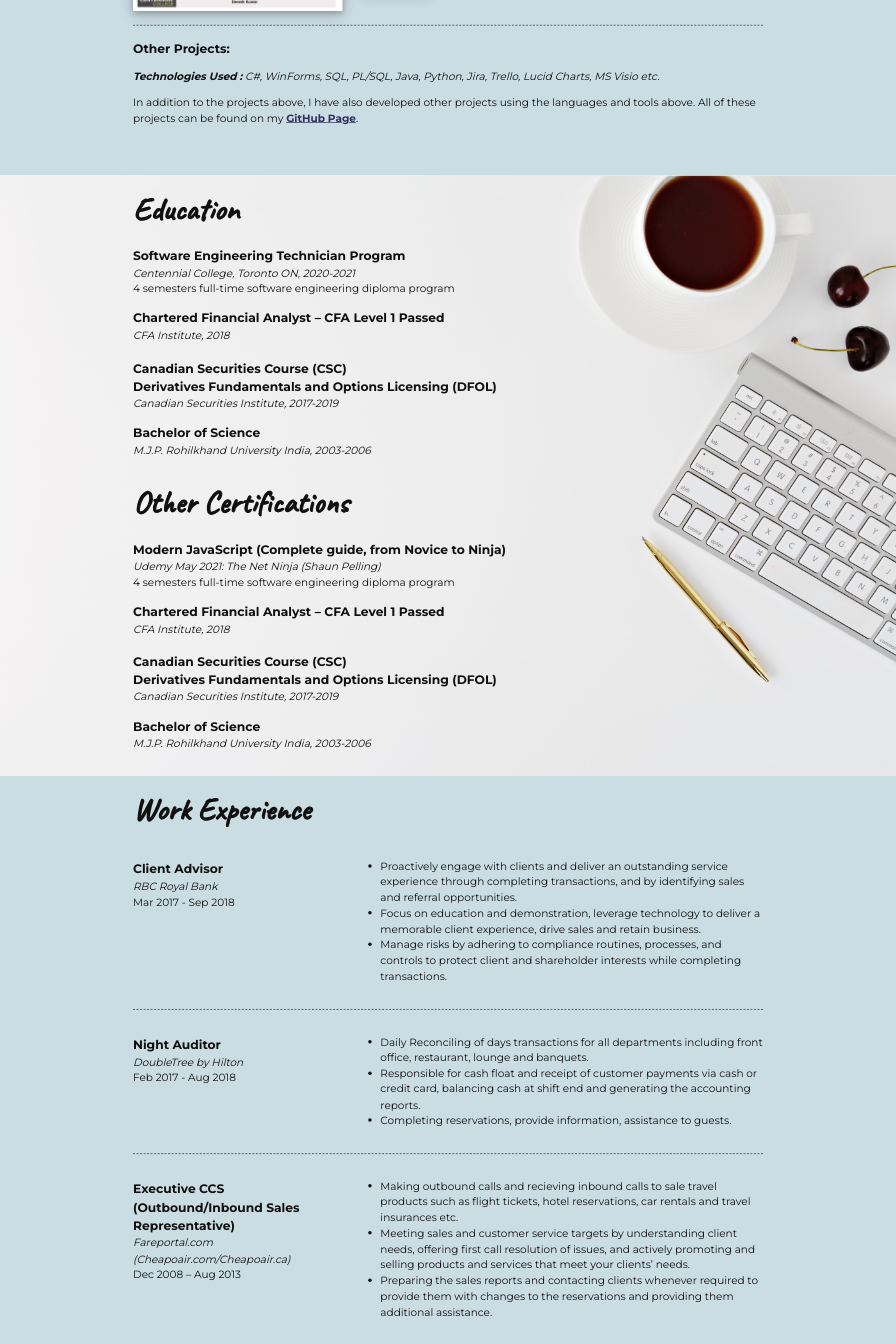
Repository: My-Web-Page/MyWebPage
Page: index.html
An editor plug-in stored every save of this project. The page is shown before and after the next save, followed by the edit.
The browser window is 1280 px wide. The pictures show the part of the page from y = 3082 to 5002 px (the page is 5215 px tall before and 5192 px after), at 70% of full size.
Some web libraries are served in a nearby version.

Above is the page before, as saved 2021-09-06 23:46:44.

### index.html
<!DOCTYPE html>
<html lang="en">

<head>
    <meta charset="UTF-8">
    <meta name="viewport" content="width=device-width, initial-scale=1.0">
    <link href="./assets/images/favicon.ico" rel="icon" type="image/x-icon" />

    <title> Devesh Kumar : Full-Stack Developer</title>
    <link rel="preconnect" href="https://fonts.gstatic.com">
    <link href="https://fonts.googleapis.com/css2?family=Caveat&family=Montserrat:wght@400;700&display=swap" rel="stylesheet">
    <link rel="stylesheet" href="https://pro.fontawesome.com/releases/v5.10.0/css/all.css" integrity="sha384-AYmEC3Yw5cVb3ZcuHtOA93w35dYTsvhLPVnYs9eStHfGJvOvKxVfELGroGkvsg+p" crossorigin="anonymous" />

    <link rel="stylesheet" href="style.css">
</head>

<body>
    <main>
        <!-- ***********************  ABOUT / PROFILE  *********************** -->
        <header>
            <div class="container">
                <h1>Devesh Kumar</h1>
                <h2>Software Developer</h2>
            </div>
        </header>

        <nav id="navbar">
            <ul class="nav-ul">
                <li>
                    <a href="#about-me"><i class="fas fa-info-circle"></i>About Me</a>
                </li>
                <li>
                    <a href="#projects"><i class="fab fa-elementor"></i>Projects</a>
                </li>
                <li>
                    <a href="#education"><i class="fas fa-graduation-cap"></i>Education</a>
                </li>
                <li>
                    <a href="#work-experience"><i class="fas fa-briefcase"></i>Work Experience</a>
                </li>
                <li>
                    <a href="#contact"><i class="fas fa-mobile-alt"></i>Contact Me</a>
                </li>
            </ul>
        </nav>

        <!-- *********************About Me***********************  -->
        <section id="about-me">
            <div class="container">
                <h2>About Me</h2>
                <p>Hello & Welcome! I have recently completed Software Engineering Technician program at Centennial College. This program allowed me to learn and work with various programming languages and tools. Given below are the details: </p>
                <div class="grid-container">
                    <div class="grid-item">
                        <h3>Languages & tools I primarily work with:</h3>
                        <h4> HTML, CSS (Flexbox, Grid), Bootstrap, JavaScript, React.js (Hooks & Class based components), Redux, Node.js (Express.js), JSON, REST API, NPM, C#, MongoDB, Oracle SQL, Git, Postman, VS Code, Visual Studio
                            </p>
                    </div>

                    <div class="grid-item">
                        <h3>Languages & tools I am familiar with:</h3>
                        <h4>Linux, TypeScript, Python, Java, SemanticUI, Selenium, MS Azure, Jira, Trello, IntelliJ, UML, Data Structures, SDLC, OOP, Agile, Heroku, Netlify
                            </p>
                    </div>
                </div>
                <p>I have also developed grasp over software engineering concepts such as Agile, SDLC models, Agile Project Management Concepts and Object Oriented Programming. I have also developed multiple projects using React.js, Redux, JavaScript, Node.js,
                    HTML, CSS, C#, SQL, MongoDB, Git and other tools. Additionally, I have also completed some investment management courses and certifications in the past.
                </p>

                <p><strong>Repository for this wabpage: </strong><a id="my-page-repo" target="_blank" href="https://github.com/portretrieve/MyWebPage">My Web Page</a></p>

            </div>
        </section>

        <!-- *********************Pop-Ups***********************  -->
        <section class="popup-wrapper" id="popup">
            <div class="container">
                <img id="popup-img" alt="finalproject popup">
            </div>
        </section>
        <!-- ********************  PROJECTS / PORTFOLIO  ********************* -->
        <section id="projects" class="projects">
            <div class="container divider">
                <h2>My Projects</h2>


                <!-- Project a -->
                <section class="project-item clearfix">
                    <img class="project-image" src="./assets/images/Places.png" alt="Full-Stack Places App">
                    <h3>Full-Stack Places App</h3>
                    <p> <strong>Technologies Used :</strong> MERN Stack (React, Node, Express & MongoDB)
                    </p>
                    <p>Used MERN Stack to develop this webapp. React.js for frontend, Express.Js for backend & MongoDB as Database & JWT tockens for authentication.
                    </p>
                    <a class="btn" href="https://devesh-mern-app.herokuapp.com/" target="_blank">Website Link</a>
                    <a class="btn" href="https://github.com/portretrieve/Full-stack-mern-forntend-backend-combined" target="_blank">GitHub Link</a>
                </section>
                <!-- Project b -->
                <section class="project-item clearfix">
                    <img class="project-image" src="./assets/images/deveshtube.png" alt="DeveshTube App">
                    <h3>DeveshTube App</h3>
                    <p> <strong>Technologies Used :</strong> React.js (Using Hooks)</p>
                    <p>Developed this webapp using React.js (Hooks).</p>
                    <a class="btn" href="https://blissful-pasteur-e62546.netlify.app/" target="_blank">Website Link</a>
                    <a class="btn" href="https://github.com/portretrieve/reactApp-DeveshTube-using-hooks" target="_blank">GitHub Link</a>
                </section>

                <!-- Project c -->
                <section class="project-item clearfix">
                    <img class="project-image" src="./assets/images/pics.png" alt="Pics Search App">
                    <h3>Pics Search App</h3>
                    <p> <strong>Technologies Used :</strong>React.js.</p>
                    <p>Developed this webapp using React.js
                    </p>
                    <a class="btn" href="https://eager-bassi-827826.netlify.app/" target="_blank">Website Link</a>
                    <a class="btn" href="https://github.com/portretrieve/reactApp-pics" target="_blank">GitHub Link</a>
                </section>

                <!-- Project 1 -->
                <section class="project-item clearfix">
                    <img class="project-image" src="./assets/images/assignment_2.png" alt="Portfolio Assignment Using Node.js, Bootstrap, EJS and MongoDB">
                    <h3>Personal Portfolio Website</h3>
                    <p> <strong>Technologies Used :</strong> EJS, CSS, Node.js and MongoDB.</p>
                    <p>Developed this website using above mentioned technologies. I used ExpressJs middleware, and passport.js for authentication.</p>
                    <a class="btn" href="https://comp229-asnmt2.herokuapp.com/home" target="_blank">Website Link</a>
                    <a class="btn" href="https://github.com/portretrieve/Assignment_2" target="_blank">GitHub Link</a>
                </section>

                <!-- Project 2 -->
                <section class="project-item clearfix">
                    <img class="project-image" src="./assets/images/final_project.png" alt="Final Project Using Node.js, Bootstrap, EJS and MongoDB">
                    <h3>Angel's Investment Website</h3>
                    <p> <strong>Technologies Used :</strong> EJS, CSS, Node.js and MongoDB.</p>
                    <p>Created this website as a group project using Node.js(Express.js), and Passport.js to authenticate.
                    </p>
                    <a class="btn" href="https://angelinvestfinal.herokuapp.com/" target="_blank">Website Link</a>
                    <a class="btn" href="https://github.com/Angel-Investor/AngelInvestor-Web-App" target="_blank">GitHub
                        Link</a>
                </section>

                <!-- Project 3 -->
                <section class="project-item clearfix">
                    <img class="project-image" src="./assets/images/slot-machine.png" alt="Casino slot machine game using HTML, CSS, JavaScript, TypeScript and EaselJS">
                    <h3>Slot Machine Game</h3>
                    <p> <strong>Technologies Used :</strong> HTML, CSS, JavaScript, TypeScript and EaselJS.</p>
                    <a class="btn" href="https://portretrieve.github.io/COMP125-Assignment-4-CreateJS-Slot-Machine/" target="_blank">Website Link</a>
                    <a class="btn" href="https://github.com/portretrieve/COMP125-Assignment-4-CreateJS-Slot-Machine" target="_blank">GitHub Link</a>
                </section>

                <!-- Project d -->
                <section class="project-item clearfix">
                    <img class="project-image" src="./assets/images/realEstate.png" alt="Real Estate Website">
                    <h3>Personal Portfolio Website</h3>
                    <p> <strong>Technologies Used :</strong> HTML, CSS</p>
                    <p>Developed this website using only HTML, CSS as one of my school assignments.</p>
                    <a class="btn" href="https://comp229-asnmt2.herokuapp.com/home" target="_blank">Website Link</a>
                    <a class="btn" href="https://github.com/portretrieve/Assignment_2" target="_blank">GitHub Link</a>
                </section>
                <!-- Project 4 -->
                <section class="project-item clearfix">
                    <img class="project-image" src="./assets/images/restaurant_app.png" alt="Restaurant app using C# WPF MVVM">
                    <h3>Restaurant POS system app</h3>
                    <p> <strong>Technologies Used :</strong> C#, WPF and XAML.</p>
                    <p>Created the restaurant P.O.S app using C# and WPF.</p>
                    <a class="btn" href="https://github.com/portretrieve/Restaurant_app" target="_blank">GitHub Link</a>
                </section>
                <section>
                    <h3>Other Projects: </h3>
                    <p> <strong>Technologies Used :</strong> C#, WinForms, SQL, PL/SQL, Java, Python, Jira, Trello, Lucid Charts, MS Visio etc. </p>
                    <p>In addition to the projects above, I have also developed other projects using the languages and tools above. All of these projects can be found on my <span><a
                                href="https://github.com/portretrieve" target="_blank">GitHub Page</a>.</span></p>
                </section>
            </div>
        </section>

        <!-- ******************  EDUCATION & CERTIFICATIONS ****************** -->
        <section id="education" class="education">
            <div class="container item-details">

                <h2>Education</h2>

                <section>
                    <h3>Software Engineering Technician Program</h3>
                    <p>Centennial College, Toronto ON, 2020-2021</p>
                    <p>4 semesters full-time software engineering diploma program </p>
                </section>
                <section>
                    <h3>Chartered Financial Analyst – CFA Level 1 Passed</h3>
                    <p>CFA Institute, 2018</p>
                </section>
                <br>
                <section class="csc">
                    <h3>Canadian Securities Course (CSC)</h3>
                    <h3>Derivatives Fundamentals and Options Licensing (DFOL)</h3>
                    <p>Canadian Securities Institute, 2017-2019 </p>
                </section>
                <section>
                    <h3>Bachelor of Science</h3>
                    <p>M.J.P. Rohilkhand University India, 2003-2006</p>
                </section>
            </div>
            <div class="container item-details">

                <h2>Other Certifications</h2>

                <section>
                    <h3>Modern JavaScript (Complete guide, from Novice to Ninja)</h3>
                    <p>Udemy May 2021: The Net Ninja (Shaun Pelling)</p>
                    <p>4 semesters full-time software engineering diploma program </p>
                </section>
                <section>
                    <h3>Chartered Financial Analyst – CFA Level 1 Passed</h3>
                    <p>CFA Institute, 2018</p>
                </section>
                <br>
                <section class="csc">
                    <h3>Canadian Securities Course (CSC)</h3>
                    <h3>Derivatives Fundamentals and Options Licensing (DFOL)</h3>
                    <p>Canadian Securities Institute, 2017-2019 </p>
                </section>
                <section>
                    <h3>Bachelor of Science</h3>
                    <p>M.J.P. Rohilkhand University India, 2003-2006</p>
                </section>
            </div>
        </section>

        <!-- ***********************  WORK EXPERIENCE  *********************** -->
        <section id="work-experience" class="work-experience">
            <div class="container item-details divider">
                <h2>Work Experience</h2>

                <!-- Job 1 -->
                <section class="job-item">
                    <div class="job-details">
                        <h3>Client Advisor</h3>
                        <p>RBC Royal Bank</p>
                        <p>Mar 2017 - Sep 2018</p>
                    </div>
                    <div class="job-summary">
                        <ul>
                            <li>Proactively engage with clients and deliver an outstanding service experience through completing transactions, and by identifying sales and referral opportunities.</li>
                            <li>Focus on education and demonstration, leverage technology to deliver a memorable client experience, drive sales and retain business.</li>
                            <li>Manage risks by adhering to compliance routines, processes, and controls to protect client and shareholder interests while completing transactions.</li>
                        </ul>

                    </div>
                </section>

                <!-- Job 2 -->
                <section class="job-item">

                    <div class="job-details">
                        <h3>Night Auditor</h3>
                        <p>DoubleTree by Hilton</p>
                        <p>Feb 2017 - Aug 2018</p>

                    </div>
                    <div class="job-summary">
                        <ul>
                            <li>Daily Reconciling of days transactions for all departments including front office, restaurant, lounge and banquets.</li>
                            <li>Responsible for cash float and receipt of customer payments via cash or credit card, balancing cash at shift end and generating the accounting reports.</li>
                            <li>Completing reservations, provide information, assistance to guests.</li>
                        </ul>
                    </div>

                </section>

                <!-- Job 3 -->
                <section class="job-item">
                    <div class="job-details">
                        <h3>Executive CCS (Outbound/Inbound Sales Representative)</h3>
                        <p>Fareportal.com (Cheapoair.com/Cheapoair.ca)</p>
                        <p>Dec 2008 – Aug 2013</p>
                    </div>
                    <div class="job-summary">
                        <ul>
                            <li>Making outbound calls and recieving inbound calls to sale travel products such as flight tickets, hotel reservations, car rentals and travel insurances etc.</li>
                            <li>Meeting sales and customer service targets by understanding client needs, offering first call resolution of issues, and actively promoting and selling products and services that meet your clients’ needs.</li>
                            <li>Preparing the sales reports and contacting clients whenever required to provide them with changes to the reservations and providing them additional assistance.</li>
                        </ul>
                    </div>
                </section>
                <a class="top-btn" href="#top">Page Top</a>

            </div>
        </section>


        <!-- *****************  CONTACT INFO / SOCIAL MEDIA  ***************** -->
        <footer>
            <div id="contact" class="container">
                <h2>Let's Stay in Touch!</h2>
                <!-- Social media and contact links. Add or remove any networks. -->
                <ul class="contact-list">
                    <li><a href="mailto:deveshkumar2107@hotmail.com"><i
                                class="fas fa-envelope"></i>&nbsp;deveshkumar2107@hotmail.com</a></li>
                    <li><a href="https://github.com/portretrieve" target="_blank"><i
                                class="fab fa-github"></i>&nbsp;GitHub</a></li>
                    <li><a href="https://www.linkedin.com/in/devesh-kumar-2aa03b64/" target="_blank"><i
                                class="fab fa-linkedin"></i>&nbsp;LinkedIn</a></li>
                </ul>
            </div>
        </footer>
    </main>
    <script src="./script.js"></script>
</body>

</html>

Loaded but not shown: script.js (18 lines, source omitted); style.css (418 lines, source omitted)

After the next save:
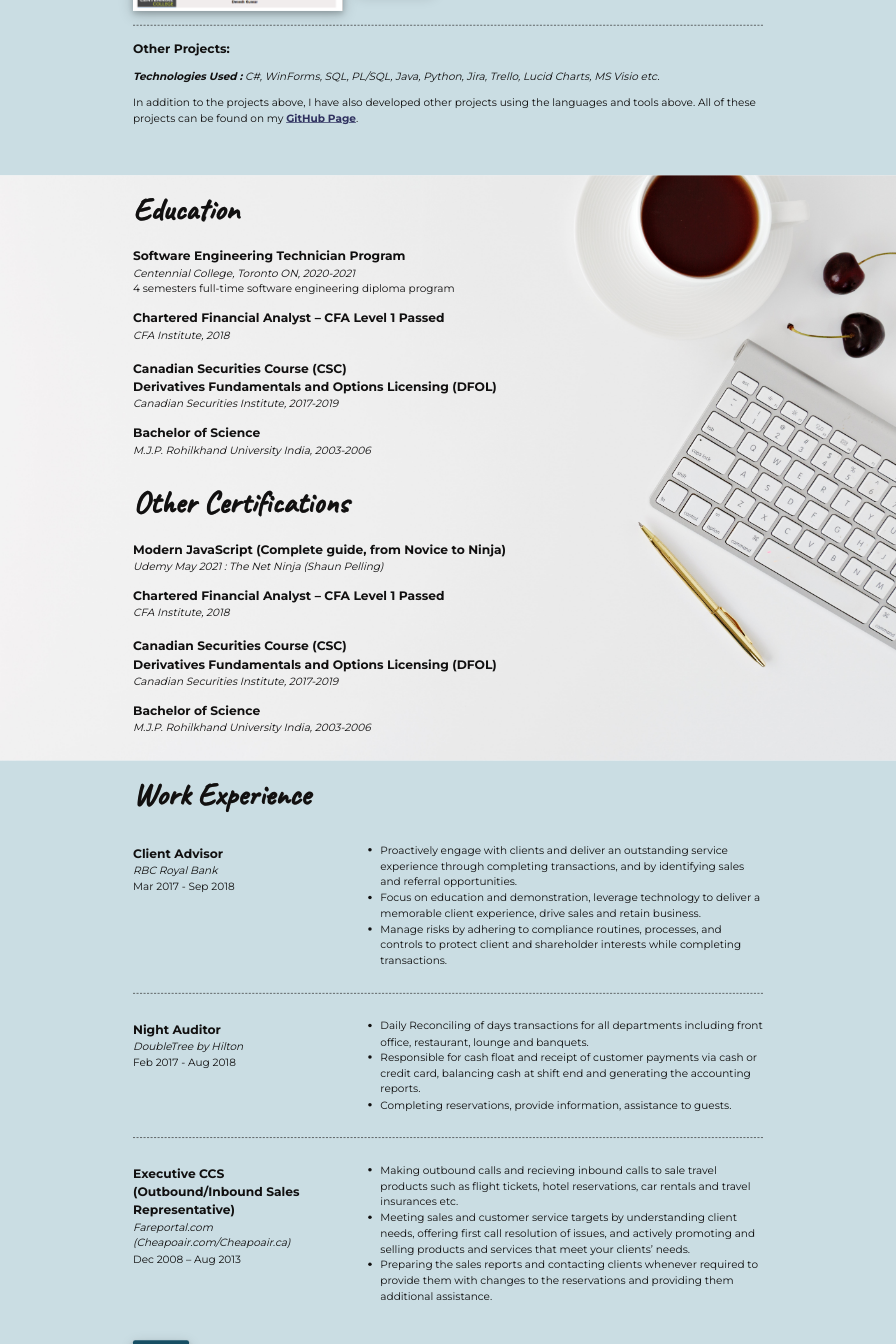
Saved 8 s later.
--- a/index.html
+++ b/index.html
@@ -204,8 +204,7 @@
 
                 <section>
                     <h3>Modern JavaScript (Complete guide, from Novice to Ninja)</h3>
-                    <p>Udemy May 2021: The Net Ninja (Shaun Pelling)</p>
-                    <p>4 semesters full-time software engineering diploma program </p>
+                    <p>Udemy May 2021 : The Net Ninja (Shaun Pelling)</p>
                 </section>
                 <section>
                     <h3>Chartered Financial Analyst – CFA Level 1 Passed</h3>
